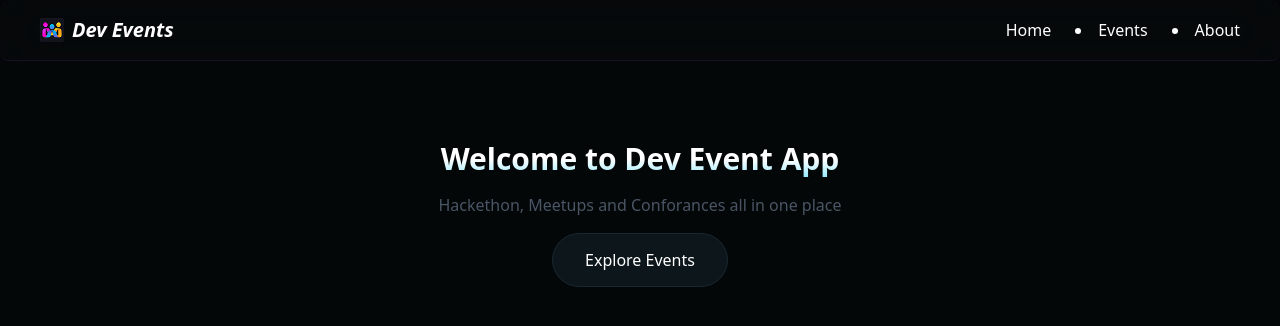
Repository: harshhariyani404/dev-events
Page: /
An editor plug-in stored every save of this project. The page is shown before and after the next save, followed by the edit.
The browser window is 1280 px wide. The pictures show the whole page.
The project was rebuilt for these pictures with package versions that can differ from the ones it lists, and the page was loaded fresh each time. The framework's server and built-in components were replaced by stand-ins that run in the browser. Also part of the build but not shown: next.config.ts.

Above is the page before, as saved 2026-02-06 15:12:13.

### app/layout.tsx
import type { Metadata } from "next";
import { Geist, Geist_Mono } from "next/font/google";
import "./globals.css";
import Navbar from "./components/Navbar";

const geistSans = Geist({
  variable: "--font-geist-sans",
  subsets: ["latin"],
});

const geistMono = Geist_Mono({
  variable: "--font-geist-mono",
  subsets: ["latin"],
});

export const metadata: Metadata = {
  title: "Dev Event App",
  description: "Generated by create next app",
};

export default function RootLayout({
  children,
}: Readonly<{
  children: React.ReactNode;
}>) {
  return (
    <html lang="en">
      <body
        className={`${geistSans.variable} ${geistMono.variable} antialiased`}
      >
        <Navbar />
        <main>
          {children}
        </main>

      </body>
    </html>
  );
}

### app/page.tsx
import Exploarbtn from "./components/Exploarbtn";

const page = () => {
  return (
    <section>
      <h1 className="text-3xl font-bold text-center mt-10">Welcome to Dev Event App</h1>
      <p className="text-center mt-4 text-gray-600">Hackethon, Meetups and Conforances all in one place</p>
      <Exploarbtn />
    </section>
  );
}

export default page;

### app/components/Navbar.tsx
import Link from "next/link";
import Image from "next/image";
import logo from '../../public/icons/logo.png';
const Navbar = () => {
  return (
    <header>
        <nav>
            <Link href="/" className="logo">
                <Image src={logo} alt="logo" width={24} height={24} />
                <p>Dev Events</p>
            </Link>
            <ul>
                <Link href="/">Home</Link>
                <li><Link href="/events">Events</Link></li>
                <li><Link href="/about">About</Link></li>
            </ul>
        </nav>
    </header>
  );
}

export default Navbar;

### app/components/Exploarbtn.tsx
'use client';
import Link from "next/link";
const Exploarbtn = () => {
  return (
    <div>
      <button type="button" id="explore-btn" className="mt-4 mx-auto"  onClick={()=>console.log('hello world')}>
        <Link href='#events'>
            Explore Events
        </Link>
      </button>
    </div>
  );
}

export default Exploarbtn;

Loaded but not shown: app/globals.css (common file)

After the next save:
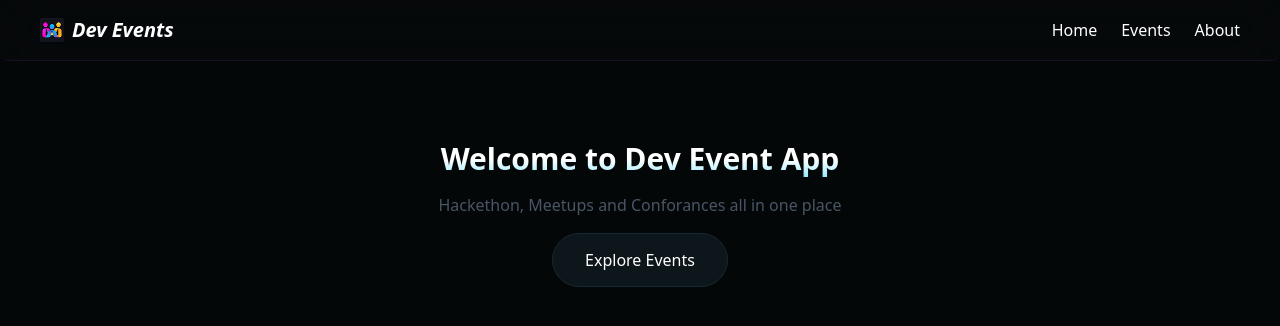
Saved 13 s later.
--- a/app/components/Navbar.tsx
+++ b/app/components/Navbar.tsx
@@ -11,8 +11,8 @@ const Navbar = () => {
             </Link>
             <ul>
                 <Link href="/">Home</Link>
-                <li><Link href="/events">Events</Link></li>
-                <li><Link href="/about">About</Link></li>
+                <Link href="/events">Events</Link>
+                <Link href="/about">About</Link>
             </ul>
         </nav>
     </header>
